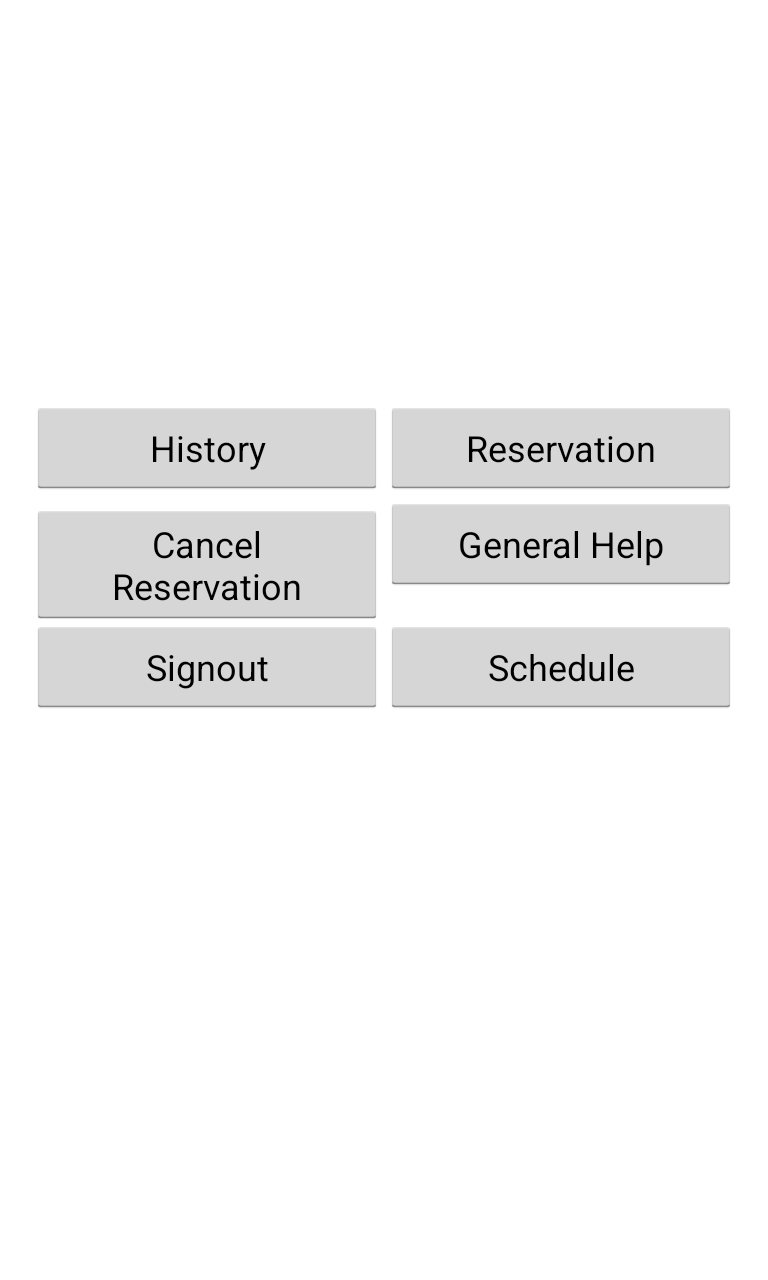
Repository: AungWinnHtut/MScAnd
Layout: com.example.com.engineer4myanmar.rtrs.MainActivity/res/layout/activity_main.xml
The author's editor kept a copy of each file at every save. The layout is drawn from the files as they stood at one save, then again after the next save.
It is drawn on a 768 x 1280 px phone screen (xhdpi) without system bars, with theme AppTheme; the app's code is not run.

Above is the layout before, as saved 2015-06-21 07:03:55.

After the next save:
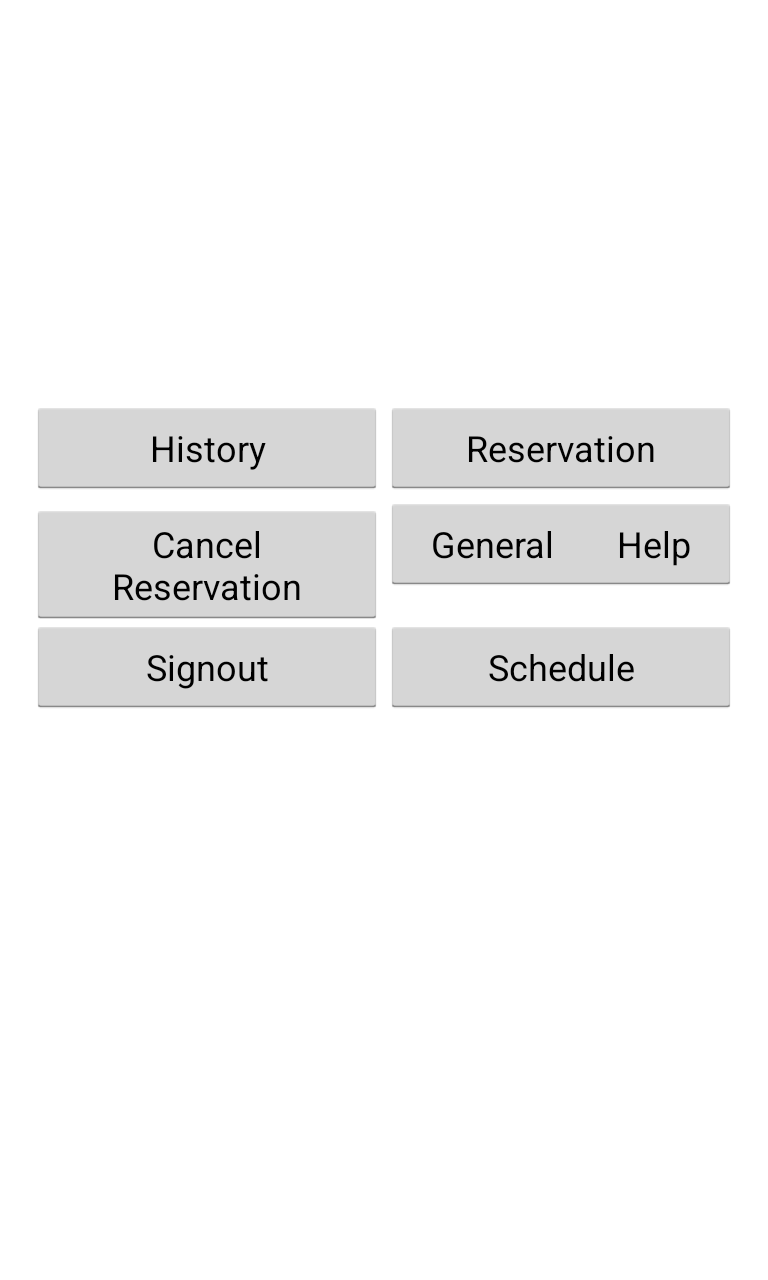
Saved 14 s later.
--- a/com.example.com.engineer4myanmar.rtrs.MainActivity/res/layout/activity_main.xml
+++ b/com.example.com.engineer4myanmar.rtrs.MainActivity/res/layout/activity_main.xml
@@ -49,7 +49,7 @@
             android:layout_width="0dp"
             android:layout_height="wrap_content"
             android:layout_weight="1"
-            android:text="General Help" />
+            android:text="General       Help" />
 
     </LinearLayout>
 
